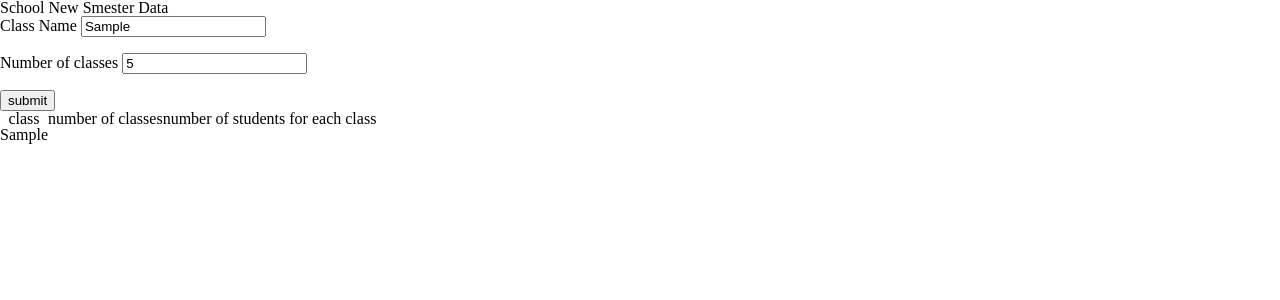
Repository: Razan-am/exam-practice
Page: index.html
An editor plug-in stored every save of this project. The page is shown before and after the next save, followed by the edit.
The browser window is 1280 px wide. The pictures show the whole page.
Empty fields were first filled with sample values (such as "Sample", 5 or name@example.com).
After loading, the first visible `#myForm` was submitted once.

Above is the page before, as saved 2021-05-30 22:22:25.

After the next save:
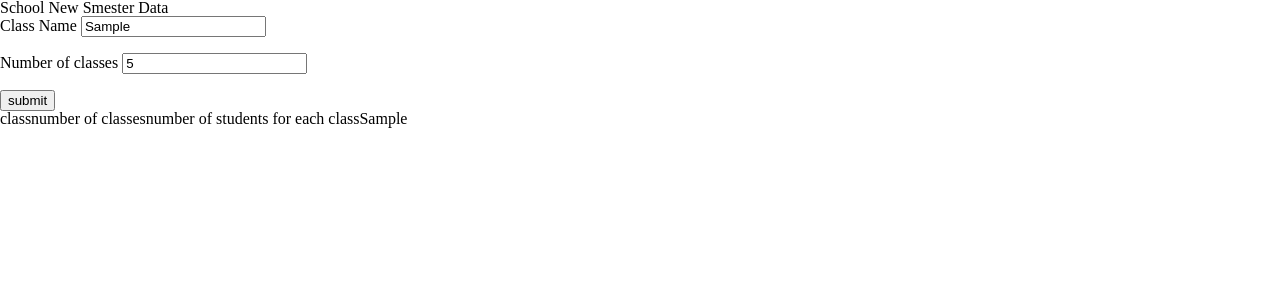
Saved 40 s later.
--- a/js/app.js
+++ b/js/app.js
@@ -34,11 +34,11 @@
         headerEl.appendChild(thEl);
         thEl.textContent = `${headerData[index]}`
     }
-    let tBody = document.createElement('tr');
-    tabelEl.appendChild(tBody);
+    // let tBody = document.createElement('tr');
+    // tabelEl.appendChild(tBody);
     for (let i = 0; i < mainArr.length; i++) {
         let tdEl = document.createElement('td');
-        tBody.appendChild(tdEl);
+        headerEl.appendChild(tdEl);
         tdEl.textContent = `${mainArr[i].className}`;
     }
 }

After the save that followed:
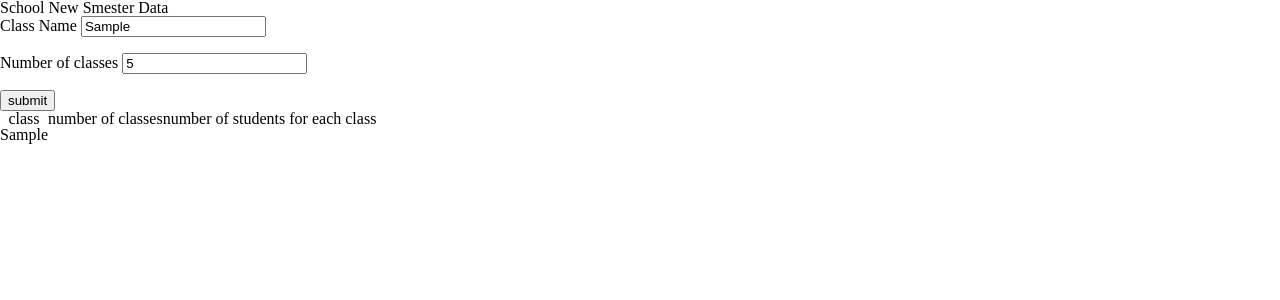
Saved 9 s later.
--- a/js/app.js
+++ b/js/app.js
@@ -34,11 +34,11 @@
         headerEl.appendChild(thEl);
         thEl.textContent = `${headerData[index]}`
     }
-    // let tBody = document.createElement('tr');
-    // tabelEl.appendChild(tBody);
+    let tBody = document.createElement('tr');
+    tabelEl.appendChild(tBody);
     for (let i = 0; i < mainArr.length; i++) {
         let tdEl = document.createElement('td');
-        headerEl.appendChild(tdEl);
+        tBody.appendChild(tdEl);
         tdEl.textContent = `${mainArr[i].className}`;
     }
 }
